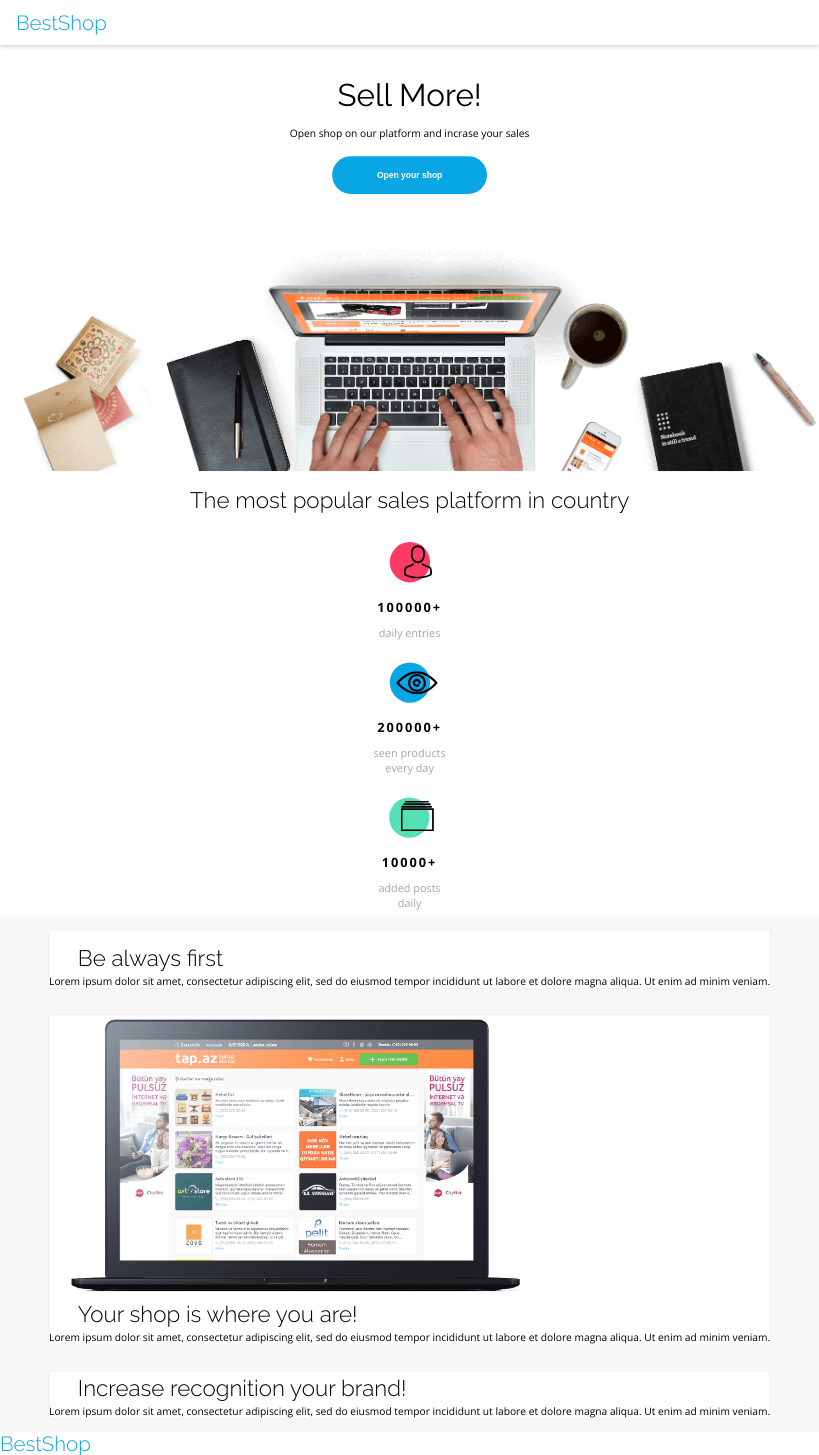
Repository: artwol993/BestShop
Page: index.html
These files come from the project's save history. The page is drawn as it stood at one moment and after the next save; the edit follows.
The browser window is 1280 px wide. The pictures show the whole page, at 64% of full size.
The style sheet was rebuilt from its Sass, Less or Tailwind sources for each picture, by a compiler version that may differ from the author's.

Above is the page before, as saved 2020-05-28 21:07:26.

### index.html
<!DOCTYPE html>
<html lang="en">
<head>
    <meta charset="UTF-8">
    <meta name="viewport" content="width=device-width, initial-scale=1.0">
    <title>BestShop[artwol993]</title>
    <link rel="stylesheet" href="css/main.css">
    <style>
        @import url('https://fonts.googleapis.com/css2?family=Open+Sans:wght@400;700&display=swap');
    </style>
    <style>
        @import url('https://fonts.googleapis.com/css2?family=Raleway:wght@300;400;700;800&display=swap');
    </style>
</head>
<body>
    <div class="main__container">
        <header>
            <div class="logo">BestShop</div>
            <nav class="nav">
                <!-- <button class="hamburger" aria-label="Menu">
                    <span class="hamburger__container" tabindex="-1">
                        <span class="hamburger__bars"></span>
                      </span>
                </button> -->
                <div class="side__menu">
                    <!-- <ul class="nav__list">
                        <li class="nav__list-item"><a href="" class="nav__link">why us</a></li>
                        <li class="nav__list-item"><a href="" class="nav__link">benefits</a></li>
                        <li class="nav__list-item"><a href="" class="nav__link">prices</a></li>
                        <li class="nav__list-item"><a href="" class="nav__link">contact</a></li>
                    </ul> -->
                </div>
            </nav>
        </header>

        <div class="content__container">
            <div class="main">

<!-- welcome-section -->

                <section class="welcome">
                    <div class="welcome__content">
                        <h1>Sell More!</h1>
                        <p>Open shop on our platform and incrase your sales</p>
                        <button class="main-btn">Open your shop</button>
                    </div>
                    <img src="/assets/Background.png" alt="notebook-picture" class="welcome__picture">
                </section>

<!-- stats-section -->

                <section class="stats">
                    <h2>The most popular sales platform in country</h2>
                    <div class="stats__container">
                        <div class="stats__bin">
                            <div class="stats__circle-person"></div>
                            <img src="./assets/Person.svg" alt="person-contour" class="stats__img-person">
                            <span>100000+</span>
                            <p>daily entries</p>
                        </div>
                        <div class="stats__bin">
                            <div class="stats__circle-eye"></div>
                            <img src="./assets/Eye.svg" alt="person-contour" class="stats__img-eye">
                            <span>200000+</span>
                            <p>seen products<br> every day</p>
                        </div>
                        <div class="stats__bin">
                            <div class="stats__circle-catalog"></div>
                            <img src="./assets/Catalog.svg" alt="person-contour" class="stats__img-catalog">
                            <span>10000+</span>
                            <p>added posts <br> daily</p>
                        </div>
                    </div>
                </section>

<!-- profits-section -->

                <section class="profits">
                    <div class="profits__container">
                        <div class="profits__box">
                            <img src="" alt="">
                            <h2>Be always first</h2>
                            <p>Lorem ipsum dolor sit amet, consectetur adipiscing elit, sed do eiusmod tempor incididunt ut labore et dolore magna aliqua. Ut enim ad minim veniam.</p>
                        </div>
                        <div class="profits__box">
                            <img src="/assets/Macbook.png" alt="notebook-picture">
                            <h2>Your shop is where you are!</h2>
                            <p>Lorem ipsum dolor sit amet, consectetur adipiscing elit, sed do eiusmod tempor incididunt ut labore et dolore magna aliqua. Ut enim ad minim veniam.</p>
                        </div>
                        <div class="profits__box">
                            <div class="proftis__box-third">
                                <h2>Increase recognition your brand!</h2>
                                <p>Lorem ipsum dolor sit amet, consectetur adipiscing elit, sed do eiusmod tempor incididunt ut labore et dolore magna aliqua. Ut enim ad minim veniam.</p>
                            </div>
                            <div class="proftis__box-third"></div>
                        </div>

                    </div>
                </section>

<!-- pricing-section -->

                <section class="pricing"></section>

<!-- contact-section -->

                <section class="contact"></section>
            </div>
        </div>

        <footer>
            <div class="logo">BestShop</div>
            <div class="footer-icon"></div>
            <div class="footer-icon"></div>
        </footer>
    </div>
</body>
</html>

### scss/main.scss
    $c-primary-first: #08a6e4;
    $c-primary-second: #fb3b64;
    $c-primary-third: #55dfb4;
    $c-black: #000000;
    $c-white: #ffffff;
    $c-background: #f7f7f7;
    $c-details: #a5a5a5;
    $c-shadow: #00000029;
    $f-h: 'Raleway', sans-serif;
    $f-p: 'Open Sans', sans-serif;
    $fw-light: 300;
    $fw-normal: 400;
    $fw-bold: 700;
    $fw-black: 800;

/*reset*/

  * {
      margin: 0;
      padding: 0;
      box-sizing: border-box;
  }

  /* fonts */

  a, p, ul, span {
    font-family: $f-p;
  }

  h1 {
    font-size: 3.063rem;
    font-weight: $fw-normal;
    font-family: $f-h;
    color: $c-black;
  }

  h2 {
    font-size: 2.188rem;
    font-weight: $fw-light;
    margin: 5px 45px;
    font-family: $f-h;
    color: $c-black;
  }

  h3 {
    font-size: 1.25rem;
    font-weight: $fw-bold;
    margin: 5px;
    font-family: $f-h;
    color: $c-black;
  }

  .logo {
    font-size: 2rem;
    font-weight: $fw-light;
    font-family: $f-h;
    color: $c-primary-first;
    text-decoration: none;
    cursor: pointer;
  }

  .body {
      width: 100vh;
  }
  /*header*/
  header {
      height: 70px;
      display: flex;
      align-items: center;
      justify-content: space-between;
      padding: 0 25px;
      box-shadow: 0px 3px 6px $c-shadow;
  }

//   .hamburger {
//     margin: 0;
//     padding: 0;
//     border: 0;
//     background-color: transparent;
//     cursor: pointer;
//     &:focus {
//         & > .hamburger__container {
//           	box-shadow: 0 0 2px 2px #51a7e8;
//         }
//     }
//   }

//   .hamburger__container {
//     display: flex;
//     align-items: center;
//     position: relative;
//     width: 35px;
//     height: 30px;
//   }

//   .hamburger__bars {
//     position: absolute;
//     width: 35px;
//     height: 2px;
//     background-color: #000;
//     transition: transform 220ms ease-in-out;
//     &:before, &:after {
//         display: block;
//         position: absolute;
//         width: 35px;
//         height: 2px;
//         background-color: #000;
//         content: '';
//     }
//     &:before {
//         top: -12px;
//         transition: top 100ms 250ms ease-in, transform 220ms ease-in-out;
//     }
//     &:after {
//         bottom: -12px;
//         transition: bottom 100ms 250ms ease-in,
//           			transform 220ms ease-in-out;
//     }
//   }

//   .hamburger--active {
//     .hamburger__bars {
//         transform: rotate(225deg);
//         transition: transform 220ms 120ms ease-in-out;
//         &:before {
//             top: 0;
//             transition: top 100ms ease-out;
//         }
//         &:after {
//             bottom: 0;
//             transform: rotate(-90deg);
//             transition: bottom 100ms ease-out,
//             		  	transform 220ms 120ms ease-in-out;
//         }
//     }
// }

//   .hamburger, .hamburger__container {
//     &:focus {
//       	outline: none;
//   	}
//   }

//   .side__menu {
//     display: flex;
//     box-sizing: border-box;
//     position: absolute;
//     height: 70%;
//     width: 200px;
//     top: 70px;
//     right: -300px;
//     padding: 0;
//     background-color: red;
//     transition: 0.3s transform ease-in-out;
//   }

//   .side__menu ul {
//     position: absolute;
//     display: flex;
//     flex-direction: column;
//     box-sizing: border-box;
//     height: calc(100% - 70px);
//     flex-wrap: wrap;
//     margin: 0 10px;
//     padding: 0;
//     list-style-type: none;
//     align-content: flex-start;
//   }

//   .side-__menu ul li {
//     display: flex;
//     flex-direction: column;
//     height: 30px;
//     background: $c-primary-second;
//     flex-basis: 100%;
//     margin-top: 70px;
//     color: #696e9e;
//     border-radius: 5px;
//     overflow: hidden;
//   }

//   .side__menu ul li a {
//     display: flex;
//     padding: 10px;
//     align-items: center;
//     width: 100%;
//     height: 100%;
//     background: $c-primary-third;
//     text-decoration: none;
//     box-sizing: border-box;
//   }

//   .hamburger:focus ~ .side__menu, .side__menu:hover {
//     transform: translateX(-300px);
//   }

.nav__list {
  display: flex;
  justify-content: space-around;
  align-items: center;
}

.nav__list-item {
  // padding: 10px;
  list-style: none;
  // margin-right: 50px;
}

.nav__link {
  color: $c-details;
  font-weight: $fw-bold;
  text-decoration: none;
  text-transform: uppercase;
  font-size: 11px;

  &:hover {
    color: $c-black;
    border-bottom: solid 3px $c-primary-first;
    padding-bottom: 23px;
  }
}

/*content*/

.content__container {
  // width: calc(100% - 20%);
  // background: pink;
  display: flex;
  align-items: center;
  justify-content: center;
}

// .main {
//   background: blue;
// }

.welcome {
  display: flex;
  flex-direction: column;
  align-items: center;

}

.welcome__content {
  margin: 50px 10px;
  display: flex;
  flex-direction: column;
  align-items: center;
}

.welcome__content p {
  text-align: center;
  margin-top: 20px;
}

.main-btn {
  margin-top: 25px;
  padding: 22px 70px;
  border-radius: 40px;
  font-weight: 800;
  border: none;
  text-align: center;
  text-decoration: none;
  background: $c-primary-first;
  color: $c-white;
}

.welcome__picture {
  width: 100%;
  height: auto;
  margin-bottom: 20px;
  object-position: center;

}

// stats-section

.stats h2 {
  text-align: center;
}

.stats__container {
  display: flex;
  flex-direction: column;
  align-items: center;
  margin: 10px 0;
}

.stats__bin {
  margin-top: 25px;
  display: flex;
  flex-direction: column;
  align-items: center;
}

div[class*="stats__circle"] {
  width: 63px;
  height: 63px;
  border-radius: 50%;
  position: relative;
  margin: 10px 0;
}

.stats__circle-person {
  background: $c-primary-second;
}
.stats__circle-eye {
  background: $c-primary-first;
}

.stats__circle-catalog {
  background: $c-primary-third;
}

img[class*="stats__img"] {
  position: absolute;
}

.stats__img-person {
  margin-top: 15px;
  margin-left: 25px;
}

.stats__img-eye {
  width: 65px;
  margin-top: 24px;
  margin-left: 23px;
}

.stats__img-catalog {
  margin-top: 15px;
  margin-left: 25px;
}

.stats__bin span {
  font-size: 20px;
  font-weight: $fw-bold;
  margin-top: 15px;
  letter-spacing: 3px;
}

.stats__bin p {
  margin-top: 15px;
  font-size: 17px;
  font-weight: $fw-normal;
  color: $c-details;
  text-align: center;
}

/*profits-section*/

.profits__container {
  display: flex;
  flex-direction: column;
  align-items: center;
  background: $c-background;
}

.profits__box {
  margin: 20px 30px;
  background: $c-white;
  border-radius: 5px;
  border: solid 1px #E8E9ED;
}

.notebook-picture {
  width: 50px;
}

After the next save:
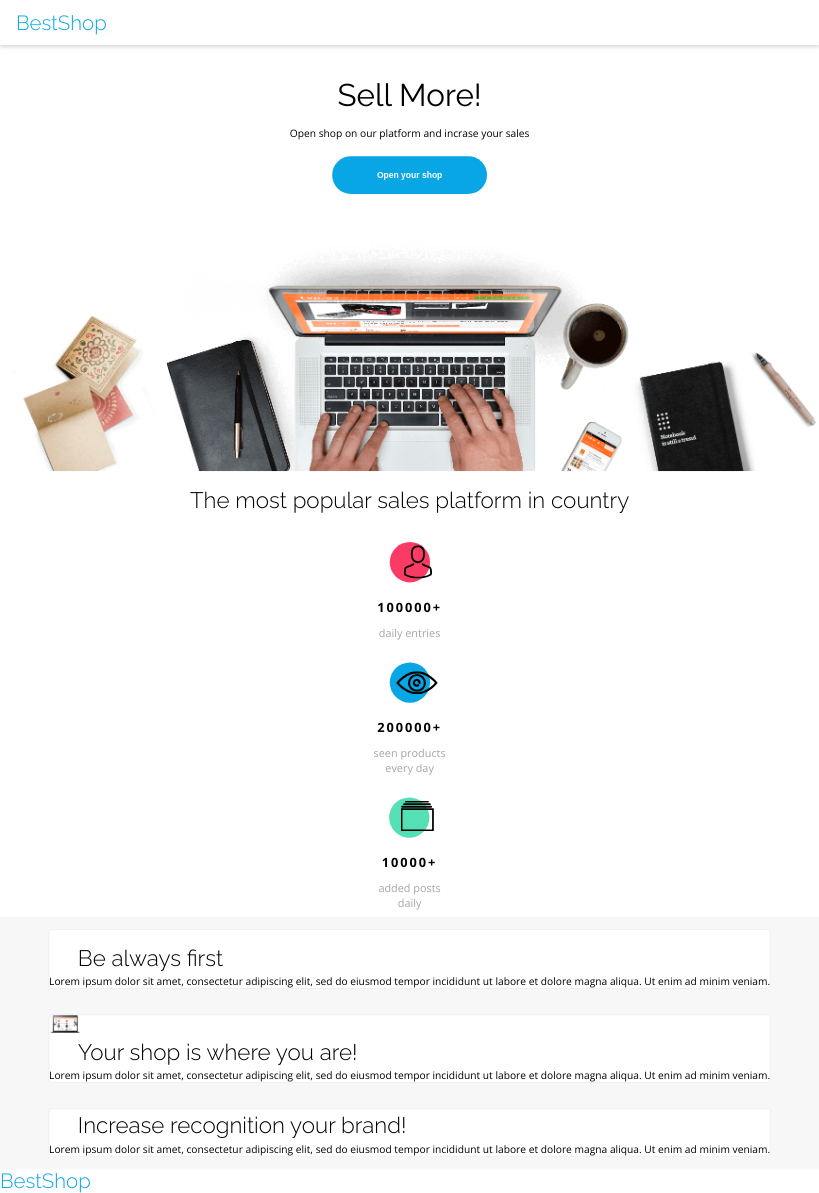
Saved 24 s later.
--- a/scss/main.scss
+++ b/scss/main.scss
@@ -363,6 +363,6 @@
   border: solid 1px #E8E9ED;
 }
 
-.notebook-picture {
+.profits__box img {
   width: 50px;
 }
